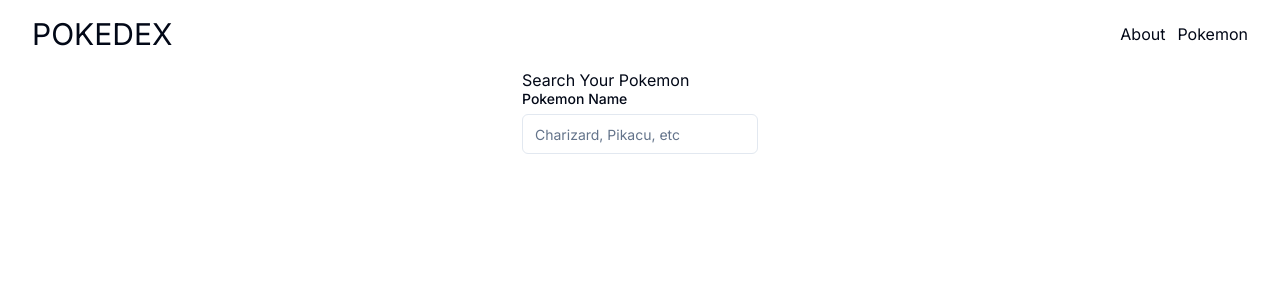
Repository: KilluaProject/pokedex
Page: /
The author's editor kept a copy of each file at every save. The page is drawn from the files as they stood at one save, then again after the next save.
The browser window is 1280 px wide. The pictures show the whole page.
The project was rebuilt for these pictures with package versions that can differ from the ones it lists, and the page was loaded fresh each time. The framework's server and built-in components were replaced by stand-ins that run in the browser. Also part of the build but not shown: next.config.js.

Above is the page before, as saved 2023-07-01 16:24:28.

### app/layout.tsx
import Navbar from '@/components/Navbar'
import './globals.css'
import { Inter } from 'next/font/google'

const inter = Inter({ subsets: ['latin'] })

export const metadata = {
  title: 'Create Next App',
  description: 'Generated by create next app',
}

export default function RootLayout({
  children,
}: {
  children: React.ReactNode
}) {
  return (
    <html lang="en">
      <body className={inter.className}>

        <Navbar/>

        {children}


        </body>
    </html>
  )
}

### app/page.tsx
import PokemonGrid from "@/components/pokemonGrid";



export default function Home() {
  return (
    <main className="container mx-auto flex flex-col justify-center items-center">
      <PokemonGrid/>
    </main>
  )
}

### components/Navbar.tsx
import Link from 'next/link'
import React from 'react'

export default function Navbar() {
  return (
    <div className="flex container justify-between mx-auto item-center py-4 ">

        <Link href="/">

        <h1 className="text-3xl">POKEDEX</h1>

        </Link>

        <div className="flex justify-center items-center gap-3">
            <Link href="/about">About</Link>
            <Link href="/pokemon">Pokemon</Link>
        </div>


    </div>
  )
}

### components/pokemonGrid.tsx
"use client"

import React from 'react'

import { useState } from 'react'
import { Label } from './ui/label'
import { Input } from './ui/input'

export default function PokemonGrid() {
    const [searchText, setSearchText] = useState("")

  return (
    <div>
        <h3>Search Your Pokemon</h3>
        <div className="w-full grid max-w-sm items-center gap-2">
        <Label htmlFor="pokemonName">Pokemon Name</Label>
        <Input
        type="text"
        value={searchText}
        id="pokemonName"
        placeholder="Charizard, Pikacu, etc"
        onChange={(e) => setSearchText(e.target.value)}


        />

        </div>
    </div>
  )
}

### components/ui/label.tsx
"use client"

import * as React from "react"
import * as LabelPrimitive from "@radix-ui/react-label"
import { cva, type VariantProps } from "class-variance-authority"

import { cn } from "@/lib/utils"

const labelVariants = cva(
  "text-sm font-medium leading-none peer-disabled:cursor-not-allowed peer-disabled:opacity-70"
)

const Label = React.forwardRef<
  React.ElementRef<typeof LabelPrimitive.Root>,
  React.ComponentPropsWithoutRef<typeof LabelPrimitive.Root> &
    VariantProps<typeof labelVariants>
>(({ className, ...props }, ref) => (
  <LabelPrimitive.Root
    ref={ref}
    className={cn(labelVariants(), className)}
    {...props}
  />
))
Label.displayName = LabelPrimitive.Root.displayName

export { Label }

### components/ui/input.tsx
import * as React from "react"

import { cn } from "@/lib/utils"

export interface InputProps
  extends React.InputHTMLAttributes<HTMLInputElement> {}

const Input = React.forwardRef<HTMLInputElement, InputProps>(
  ({ className, type, ...props }, ref) => {
    return (
      <input
        type={type}
        className={cn(
          "flex h-10 w-full rounded-md border border-input bg-background px-3 py-2 text-sm ring-offset-background file:border-0 file:bg-transparent file:text-sm file:font-medium placeholder:text-muted-foreground focus-visible:outline-none focus-visible:ring-2 focus-visible:ring-ring focus-visible:ring-offset-2 disabled:cursor-not-allowed disabled:opacity-50",
          className
        )}
        ref={ref}
        {...props}
      />
    )
  }
)
Input.displayName = "Input"

export { Input }

Loaded but not shown: app/globals.css (common file); lib/utils.ts (common file); tailwind.config.js (common file)

After the next save:
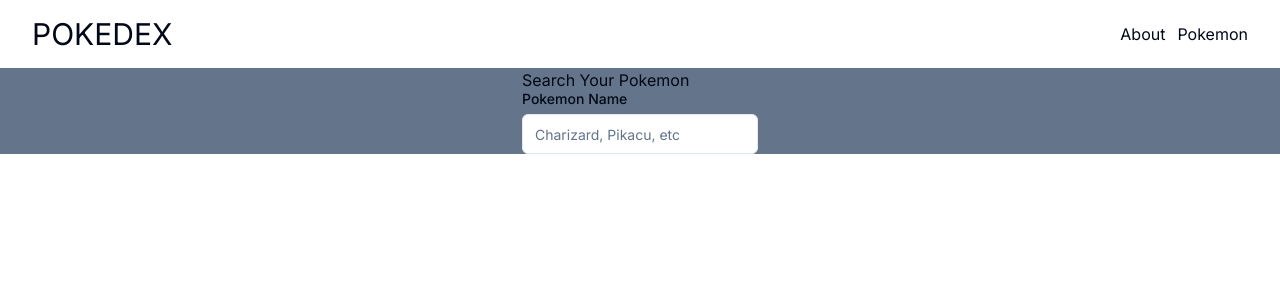
Saved 7 s later.
--- a/app/page.tsx
+++ b/app/page.tsx
@@ -4,7 +4,7 @@
 
 export default function Home() {
   return (
-    <main className="container mx-auto flex flex-col justify-center items-center">
+    <main className="container mx-auto flex flex-col justify-center items-center bg-slate-500">
       <PokemonGrid/>
     </main>
   )
